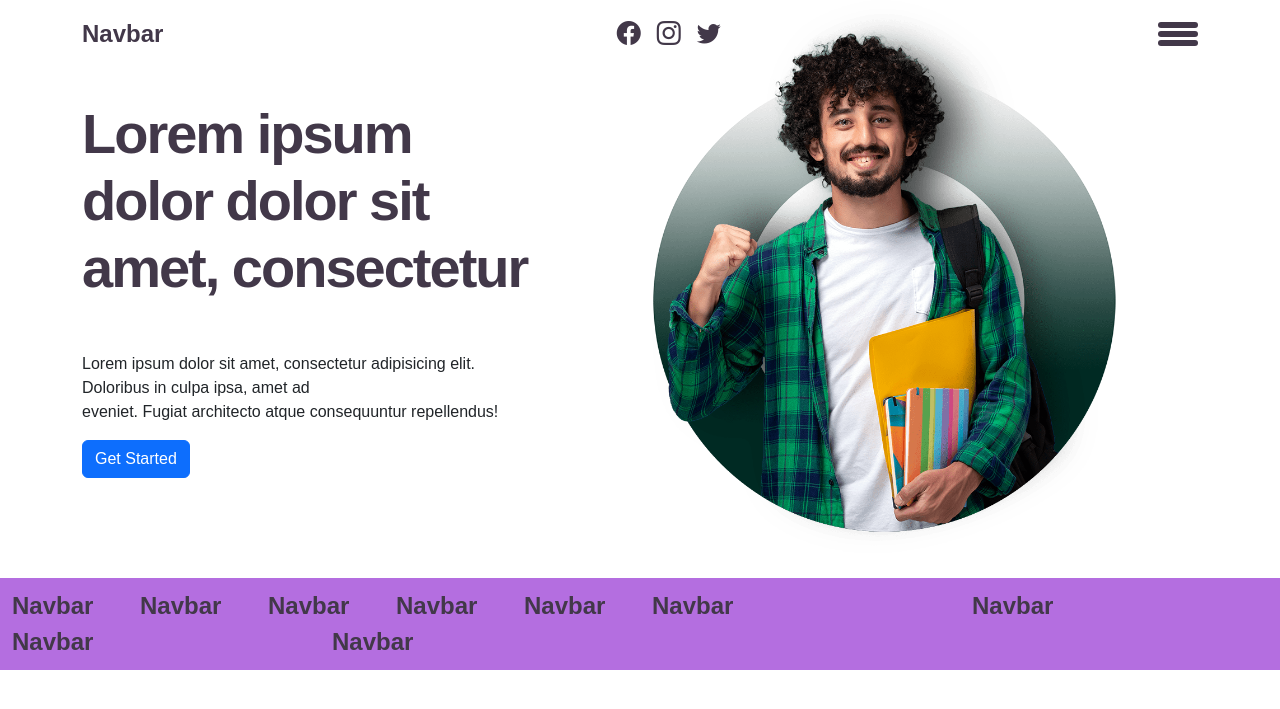
Repository: tagnam/project27012025
Page: index.html
These files come from the project's save history. The page is drawn as it stood at one moment and after the next save; the edit follows.
The browser window is 1280 px wide. The pictures show the whole page.

Above is the page before, as saved 2025-01-27 16:08:00.

### index.html
<!DOCTYPE html>
<html lang="en">
<head>
    <meta charset="UTF-8">
    <meta name="viewport" content="width=device-width, initial-scale=1.0">
    <link href="https://cdn.jsdelivr.net/npm/bootstrap@5.3.3/dist/css/bootstrap.min.css" rel="stylesheet" integrity="sha384-QWTKZyjpPEjISv5WaRU9OFeRpok6YctnYmDr5pNlyT2bRjXh0JMhjY6hW+ALEwIH" crossorigin="anonymous">
    <link rel="stylesheet" href="style/css/index.css">
    <link rel="stylesheet" href="style/css/animation.css">
    <link rel="stylesheet" href="style/css/responsive.css">
    <title>project27012025</title>
</head>
<body>
<header>
    <!-- --------------------------------------------start nav bar ------------------------------->
    <nav class="navbar navbar-expand-lg custom-nav">
        <div class="container">
          <div class="collapse navbar-collapse justify-content-between" id="navbarSupportedContent">
            <a class="navbar-brand" href="#">Navbar</a>
            <ul class="navbar-nav  ">

              <li class="nav-item">
                <a class="nav-link" href="#"><i class="bi bi-facebook"></i></a>
              </li>
              <li class="nav-item">
                <a class="nav-link" href="#"><i class="bi bi-instagram"></i></a>
              </li>
              <li class="nav-item">
                <a class="nav-link" href="#"><i class="bi bi-twitter"></i></a>
              </li>
            </ul>
            <div class="d-flex">
               <div class="menu-container" type="button" data-bs-toggle="offcanvas" data-bs-target="#offcanvasExample" aria-controls="offcanvasExample">
                <span class="span-menu-01 menu-icon"></span>
                <span class="span-menu-02 menu-icon"></span>
                <span class="span-menu-03 menu-icon"></span>
            </div>
            </div>
          </div>
        </div>
      </nav>

      <!-- ------------------------------start offcanvas ---------------------------------------->
      <div class="offcanvas offcanvas-start " tabindex="-1" id="offcanvasExample" aria-labelledby="offcanvasExampleLabel">
        <div class="offcanvas-header">
          <h5 class="offcanvas-title" id="offcanvasExampleLabel">Offcanvas</h5>
          <button type="button" class="btn-close text-reset" data-bs-dismiss="offcanvas" aria-label="Close"></button>
        </div>
        <div class="offcanvas-body">
          <div>
            Some text as placeholder. In real life you can have the elements you have chosen. Like, text, images, lists, etc.
          </div>
          <div class="dropdown mt-3">
            <button class="btn btn-secondary dropdown-toggle" type="button" id="dropdownMenuButton" data-bs-toggle="dropdown">
              Dropdown button
            </button>
            <ul class="dropdown-menu" aria-labelledby="dropdownMenuButton">
              <li><a class="dropdown-item" href="#">Action</a></li>
              <li><a class="dropdown-item" href="#">Another action</a></li>
              <li><a class="dropdown-item" href="#">Something else here</a></li>
            </ul>
          </div>
        </div>
      </div>
       <!-- -----------------------------end offcanvas ------------------------------------------->
      <!------------------------------------------------ end navbar ----------------------------->


</header>
<section class="hero-section">
    <div  class="container" style="height: 100%;">
        <div class="row" >
            <div class="col-lg-6 col-md-6 col-sm-12">
                <div class="banner-content ">
                    <h1>Lorem ipsum dolor  dolor sit amet, consectetur </h1>
                    <p>Lorem ipsum dolor sit amet, consectetur adipisicing elit. Doloribus in culpa ipsa, amet ad<br> eveniet. Fugiat architecto atque consequuntur repellendus!</p>
                    <button class="btn btn-primary">Get Started</button>
                </div>
            </div>
            <div class="col-lg-6 col-md-6 col-sm-12">
                <div class="banner-img d-flex justify-content-end">
                    <img src="image/hero-banner-01.webp" class="w-100" alt="">

            </div>

        </div>
    </div>
    <!-- <div class="row">
        <div class="col-lg-6 col-md-6 col-sm-12 d-flex justify-content-start">
            <div class="banner-btn">
                <a class="btn custom-btn btn-outline-success"> Get Started </a>
            </div>
        </div>
        <div class="col-lg-6 col-md-6 col-sm-12 d-flex justify-content-end">
             <div class="banner-footer-text">
                <p>Lorem ipsum dolor sit amet <br>consectetur adipisicing elit. Numquam, vel.</p>
             </div>

    </div>
 </div> -->
  </section>


<section class="client-section">
    <div class="container-fluid">
       <div class="row d-flex">
        <div class="col">
            <a class="navbar-brand w-25" href="#">Navbar</a>
        </div>
        <div class="col">
            <a class="navbar-brand w-25" href="#">Navbar</a>
        </div>
        <div class="col">
            <a class="navbar-brand w-25" href="#">Navbar</a>
        </div>
        <div class="col">
            <a class="navbar-brand w-25" href="#">Navbar</a>
        </div>
        <div class="col">
            <a class="navbar-brand w-25" href="#">Navbar</a>
        </div>

        <a class="navbar-brand w-25" href="#">Navbar</a>
        <a class="navbar-brand w-25" href="#">Navbar</a>
        <a class="navbar-brand w-25" href="#">Navbar</a>
        <a class="navbar-brand w-25" href="#">Navbar</a>
    </div>
    </div>
</section>
<script src="https://cdn.jsdelivr.net/npm/bootstrap@5.3.3/dist/js/bootstrap.bundle.min.js" integrity="sha384-YvpcrYf0tY3lHB60NNkmXc5s9fDVZLESaAA55NDzOxhy9GkcIdslK1eN7N6jIeHz" crossorigin="anonymous"></script>
<script src="style/js/custom.js"></script>
</body>
</html>

### style/css/index.css
@import url("https://cdn.jsdelivr.net/npm/bootstrap-icons@1.11.3/font/bootstrap-icons.min.css");

*{
 margin: 0;
padding: 0;
box-sizing: border-box;
}

:root{
    --dark-color:#423849;
    --semi-dark-color:#b46ee0;
    --light-color:#d287d4;
    --white-color:#fff;
    --main-heading-font-size: 3.5rem;
    --subheading-font-size: 2rem;
    --paragraph-font-size: 1rem;


}


body{
    font-family: 'Poppins', sans-serif;


}

header{
    position: fixed;
    top: 0;
    z-index: 1000;
width: 100%;
}

.navbar-brand{
    font-size: 1.5rem;
    font-weight: 800;
    color: var(--dark-color);
}

.menu-icon{
    display: block;
    width: 40px;
    height: 6px;
    background-color: var(--dark-color);
    margin: 3px auto;
    border-radius: 20px;
    cursor: pointer;
}


.nav-link .bi{
    font-size: 1.5rem;
    color: var(--dark-color);
}

.banner-content{
    margin: 100px auto;
    padding-right: 100px;
}

.banner-content h1{
    color: var(--dark-color);
    font-weight: 800;
    /* font-size: 55px; */
    font-size: var(--main-heading-font-size);
    letter-spacing: -2px;
    margin: 50px 0px;
}
/* .hero-section{
   background-image: url(/image/business-banner.jpg);
    background-size: cover;
    background-position: center;
    height: 100vh;
} */

.banner-footer-text p{
    color: var(--dark-color);

}


.client-section{
    background-color: var(--semi-dark-color);
    padding: 10px 0px;
}

Loaded but not shown: style/js/custom.js (no copy from this time; the picture is the same without it); style/css/animation.css (no stored copy; drawn as an empty file); style/css/responsive.css (no stored copy; drawn as an empty file)

After the next save:
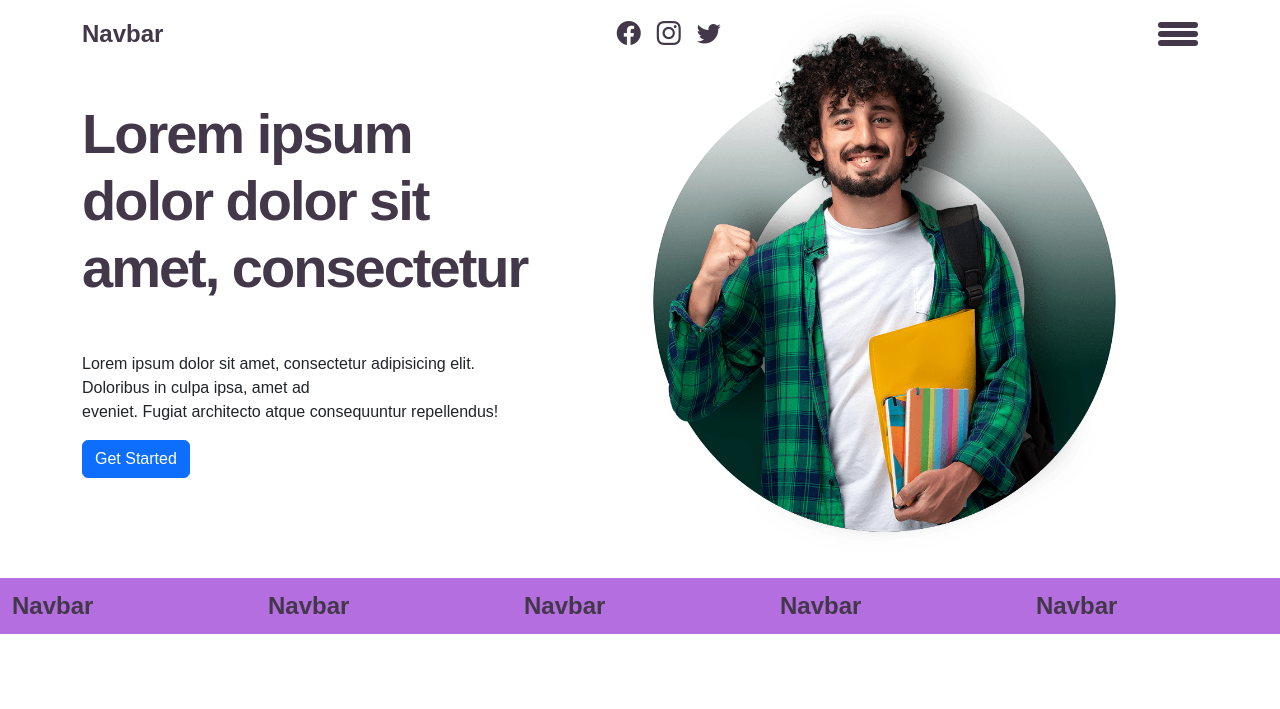
Saved 4 s later.
--- a/index.html
+++ b/index.html
@@ -119,10 +119,6 @@
             <a class="navbar-brand w-25" href="#">Navbar</a>
         </div>
 
-        <a class="navbar-brand w-25" href="#">Navbar</a>
-        <a class="navbar-brand w-25" href="#">Navbar</a>
-        <a class="navbar-brand w-25" href="#">Navbar</a>
-        <a class="navbar-brand w-25" href="#">Navbar</a>
     </div>
     </div>
 </section>
